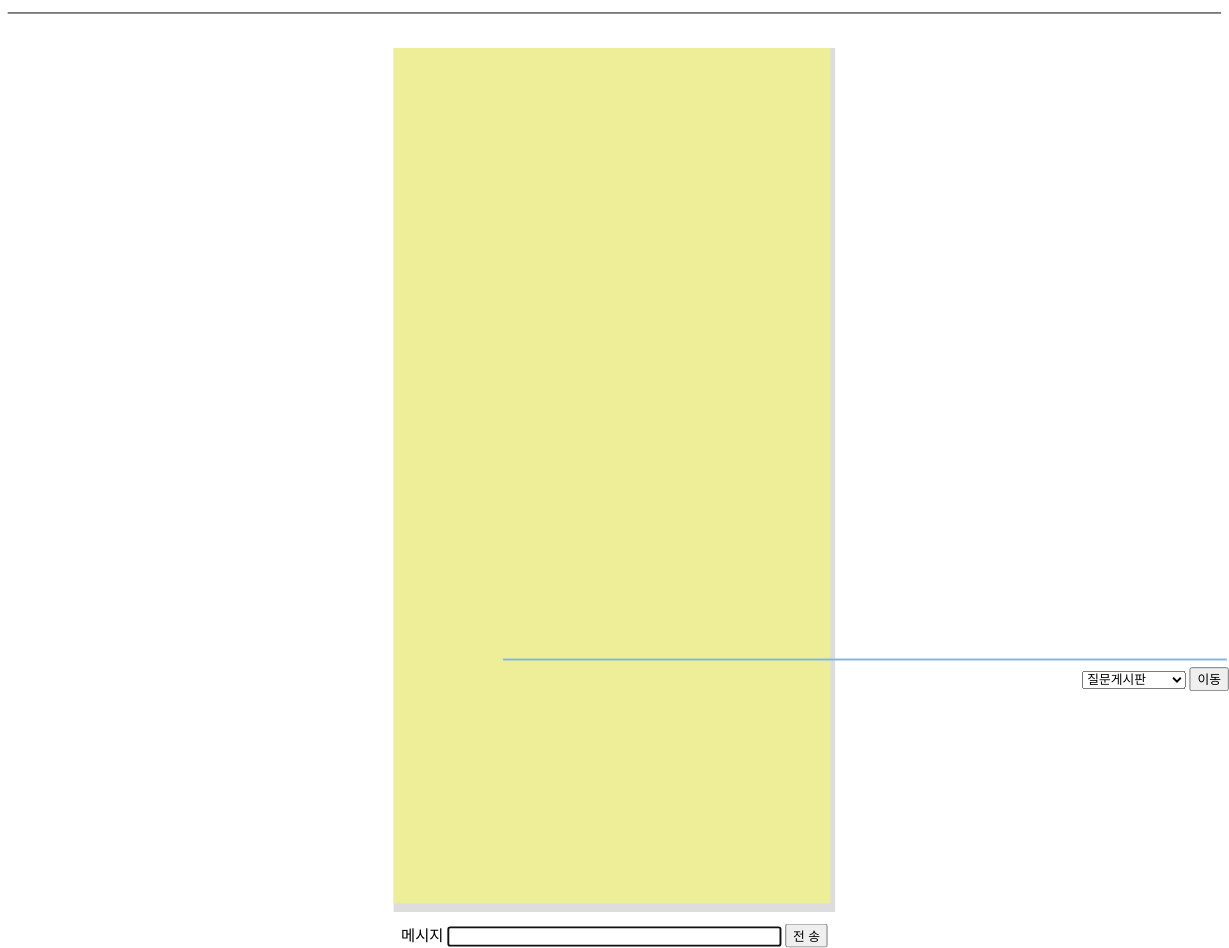
Repository: kalmia26/Capstone
Page: LectureSystem/WebContent/chat_client.html
These files come from the project's save history. The page is drawn as it stood at one moment and after the next save; the edit follows.
The browser window is 1280 px wide. The pictures show the whole page, at 96% of full size.

Above is the page before, as saved 2017-05-24 02:05:23.

### LectureSystem/WebContent/chat_client.html
<!DOCTYPE html PUBLIC "-//W3C//DTD HTML 4.01 Transitional//EN" "http://www.w3.org/TR/html4/loose.dtd">
 <html>
 <head>
 <meta http-equiv="Content-Type" content="text/html; charset=EUC-KR">
 <title>AJAX Chat Client</title>
 <style>
  #chat_msg { font-family: fantasy; }
 </style>
 <script type="text/javascript" src="xhr.js"></script>
 <script type="text/javascript" src="json2.js"></script>
 <script type="text/javascript">
 var getReq = createRequest();
 var sendReq = createRequest();
 var msgid = 0;
 var timerId = 0;
 /* 메시지입력란에 입력된 메시지를 JSON문자열로 변환하여 서버로 전송*/
function send(){
  var sm = form1.send_msg.value;
  if(sm==''){
   alert("입력한 메시지가 없습니다");
   form1.send_msg.focus();
   return;
  }
  var url = "chat_server.jsp";
  sendReq.open("POST", url, true);
  sendReq.setRequestHeader("Content-Type","application/x-www-form-urlencoded");
  sendReq.onreadystatechange = sendResultHandler;
  var jobj = {};
  jobj.msgid=msgid;
  jobj.content=sm;
  var params = jobj.toJSONString();
  clearTimeout(timerId);
  sendReq.send("msg="+params);
  form1.send_msg.value='';
 }

/* 메시지입력후 엔터키를 친 경우 폼의 전송을 막고 send()호출 */
function keyDownHandler(e){
  if(window.event.keyCode==13) {
   if(window.event) event.returnValue = false;
   else e.preventDefault();
   send();
  }
 }

/* 프로그램 시작시 2초후에 getChatText()호출하여 서버상의 최근 메시지 ID를 가져옴*/
function onLoadHandler(){
  form1.send_msg.focus();
  timerId = window.setTimeout("getChatText()", 2000);
 }

/* 주기적으로 호출되어 새로운 메시지를 가져옴 */
function getChatText(){
  var jsonObj = {};
  jsonObj.msgid=msgid;
  var url = "chat_server.jsp?msg="+jsonObj.toJSONString();
  getReq.open("GET", url, true);
  getReq.onreadystatechange = msgReceivedHandler;
  getReq.send(null);
 }

/* getChatText()으로 요청결과로 서버측 응답이 도착했을 때 데이터 처리*/
function msgReceivedHandler(){
     if(getReq.readyState==4 && getReq.status==200){
      var xmlDoc = getReq.responseXML;
      var jsonStr = null;
      if(xmlDoc!=null){
        try{
        jsonStr = xmlDoc.documentElement.firstChild.nodeValue;
        }catch(xmlDocNull){/*alert(jsonStr); */}
      }
      if(jsonStr!=null && jsonStr.length!=0) {
       var jsonArray = eval('('+jsonStr+')');
       var jsonObj = null;
       for(var i=0;i<jsonArray.length;i++){
        jsonObj = jsonArray[i];
        if(jsonObj.content==null)break;
        var div = document.getElementById("chat_msg");
        div.innerHTML += jsonObj.userId+": "+jsonObj.content+"<br/>";
        div.scrollTop = div.scrollHeight;
       }
       msgid = jsonObj.msgid;
      }
      timerId = setTimeout("getChatText()",2000);
     }
 }

/* 메시지입력 후 엔터나 버튼을 눌러서 send()메소드의 요청결과 */
function sendResultHandler(){
     if(sendReq.readyState==4 && sendReq.status==200){
      clearTimeout(timerId);
      getChatText();
     }
 }
 </script>
 <style type="text/css">
  #chat_msg {
   width:99%; height:99%; overflow: auto;
   background-color: #eeee99; text-align: left;
   font-size: 15pt;
   margin-bottom: 20px;
  }
  div.outer {
   background-color:#dddddd;
   border-color 1px solid black;
   width:460px; height:900px;
   text-align: center;
  }
  input.chatbox { width:340px; }
 </style>
 </head>
 <table width="100%" cellpadding="0" cellspacing="0" border="0">
	<tr height="5"><td width="5"></td></tr>



		<tr height="1" bgcolor="#000000">
		<td colspan="6"></td></tr>
</table>
 <body onLoad="onLoadHandler();"><br/><br/><center>

 <div class="outer">
  <div id="chat_msg"></div>
  <form name="form1">
  메시지 <input class="chatbox" type="text" name="send_msg" onKeyDown="keyDownHandler(event);"/>
  <input type="button" value="전 송" onClick="send();"/>
  </form>
 </div>
 </center>

 <div style="position:absolute; right:0px; bottom:0px;">
<table>
	<tr height="1" bgcolor="#82B5DF">
		<td colspan="6" width="752"></td>
	</tr>
 </table>
<table width="100%" cellpadding="0" cellspacing="0" border="0">
  <tr><td colspan="4" height="5"></td></tr>
  <tr align="right">

   <td>
<form action="selectMove.jsp" method="post" >

		<select name="List">
    	  <option value="1">질문게시판</option>
          <option value="2">자료공유게시판</option>
          <option value="3">과제게시판</option>
          <option value="4">설정</option>
		</select>

		<input type="submit" value="이동">

		</form>
	</td>

  </tr>
	</table>
 </div>
</body>
 </html>

### LectureSystem/WebContent/xhr.js
/**
 * xhr.js
 * XMLHttpRequest 객체를 생성하는 함수
*/
function createRequest() {
 var request = null;
 try {
   // MS IE 이외의 브라우저에 적용되는 방식
   request = new XMLHttpRequest();
 }
 catch (trymicrosoft) {
   try {
  // MS IE의 새로운 버전에 적용되는 방식
     request = new ActiveXObject("Msxml2.XMLHTTP");
   }
   catch (othermicrosoft) {
     try {
       // MS IE의 구버전에 적용되는 방식
       request = new ActiveXObject("Microsoft.XMLHTTP");
     }
     catch (failed) {
       request = null;
     }      // end of catch
   }     // end of catch
 }      // end of catch
 return request;
}

Loaded but not shown: LectureSystem/WebContent/json2.js (534 lines, source omitted)

After the next save:
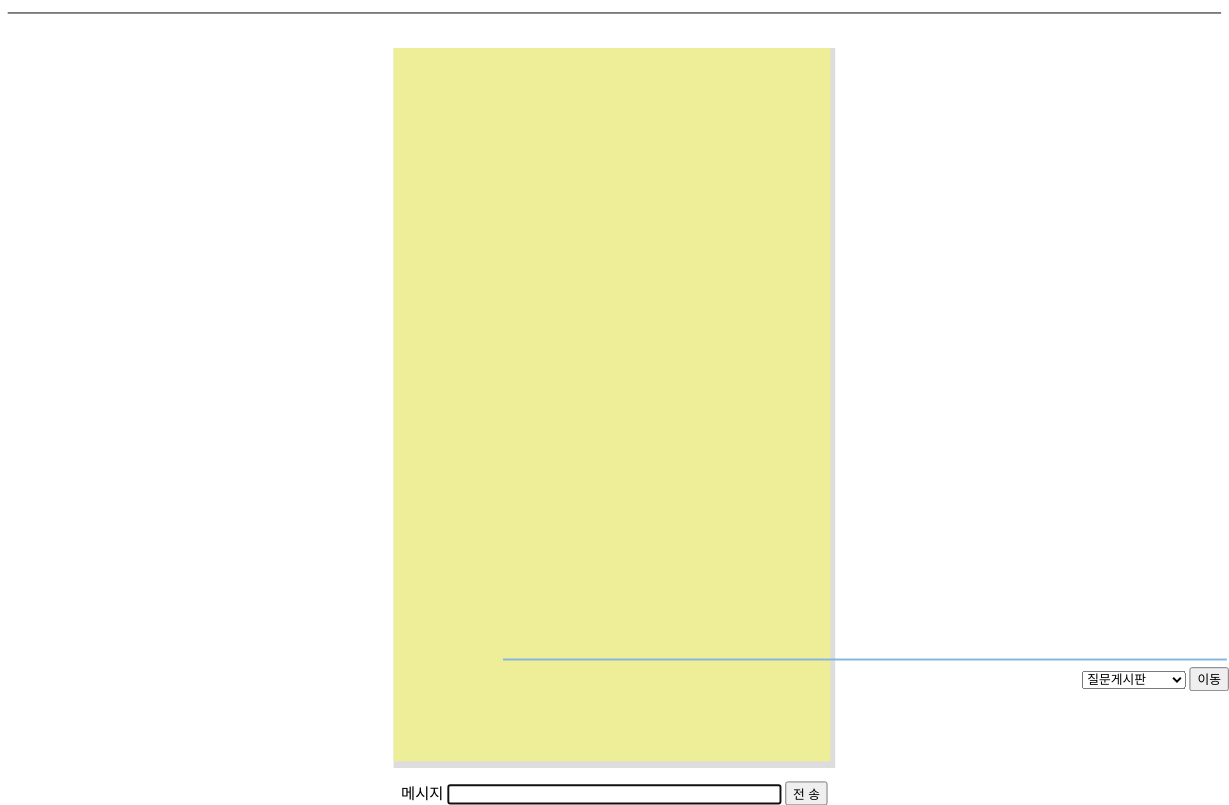
Saved 5 s later.
--- a/LectureSystem/WebContent/chat_client.html
+++ b/LectureSystem/WebContent/chat_client.html
@@ -103,7 +103,7 @@ function sendResultHandler(){
   div.outer {
    background-color:#dddddd;
    border-color 1px solid black;
-   width:460px; height:900px;
+   width:460px; height:750px;
    text-align: center;
   }
   input.chatbox { width:340px; }
